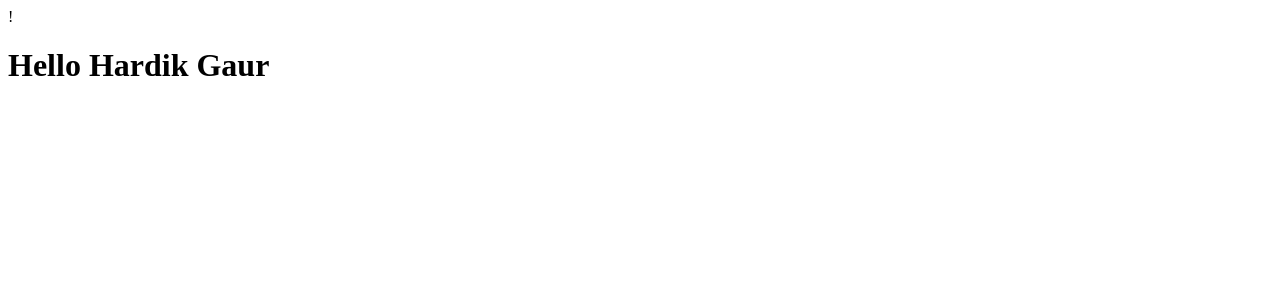
Repository: Hardyy00/ml_learn
Page: http://localhost/index
An editor plug-in stored every save of this project. The page is shown before and after the next save, followed by the edit.
The browser window is 1280 px wide. The pictures show the whole page.
The page is served by the project's application, run on Flask 3 (app.py).

Above is the page before, as saved 2025-03-15 12:11:10.

### flask-framework/templates/index.html
!<!DOCTYPE html>

  <head>
    <meta charset="utf-8" />
    <meta http-equiv="X-UA-Compatible" content="IE=edge" />
    <title></title>
    <meta name="description" content="" />
    <meta name="viewport" content="width=device-width, initial-scale=1" />
    <link rel="stylesheet" href="" />
  </head>
  <body>
    <h1> Hello Hardik Gaur </h1>

    <script src="" async defer></script>
  </body>
</html>

### flask-framework/app.py
from flask import Flask, render_template

'''

    It creates an instance of the Flask class,
    which will be your WSGI (Web server gateway interface) application

'''

## WSGI application
app = Flask(__name__)

@app.route('/')
def welcome():
    return "<html> <h1> Hii Hardik  </h1> </html>"

@app.route('/index')
def index():
    return render_template("index.html")

if __name__ == '__main__':
    app.run(debug=True, port=8080)

After the next save:
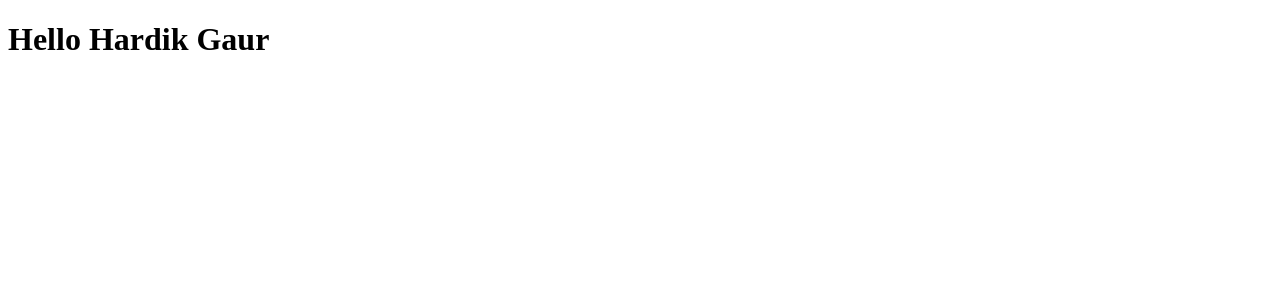
Saved 12 s later.
--- a/flask-framework/templates/index.html
+++ b/flask-framework/templates/index.html
@@ -1,5 +1,4 @@
-!<!DOCTYPE html>
-
+<!DOCTYPE html>
   <head>
     <meta charset="utf-8" />
     <meta http-equiv="X-UA-Compatible" content="IE=edge" />
